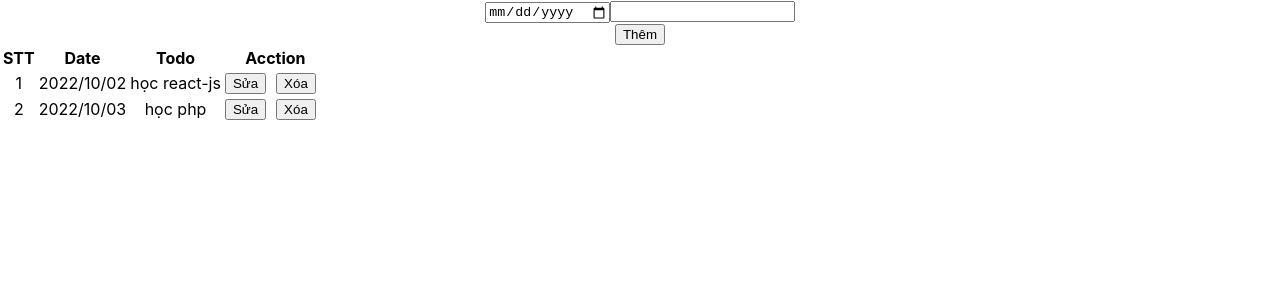
Repository: vanviet99/bietitmatit
Page: /
An editor plug-in stored every save of this project. The page is shown before and after the next save, followed by the edit.
The browser window is 1280 px wide. The pictures show the whole page.
The project was rebuilt for these pictures with package versions that can differ from the ones it lists, and the page was loaded fresh each time.

Above is the page before, as saved 2022-10-03 21:21:56.

After the next save:
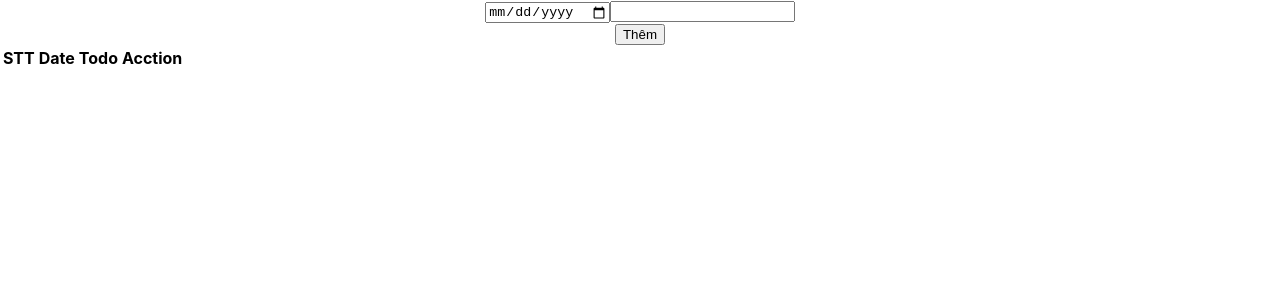
Saved 31 s later.
--- a/src/App.js
+++ b/src/App.js
@@ -24,19 +24,7 @@ function App() {
     </tr>
   </thead>
   <tbody>
-  {list.map(function(value,index){
-        return (
-          <tr key={index}>
-            <td>{index+1}</td>
-            <td>{value.date}</td>
-            <td>{value.do}</td>
-            <td>
-            <button type="button" className="btn btn-success bg">Sửa</button>
-            <button type="button" className="btn btn-danger bg">Xóa</button>
-            </td>
-          </tr>
-        )
-      })}
+
   </tbody>
 </table>
     </div>
